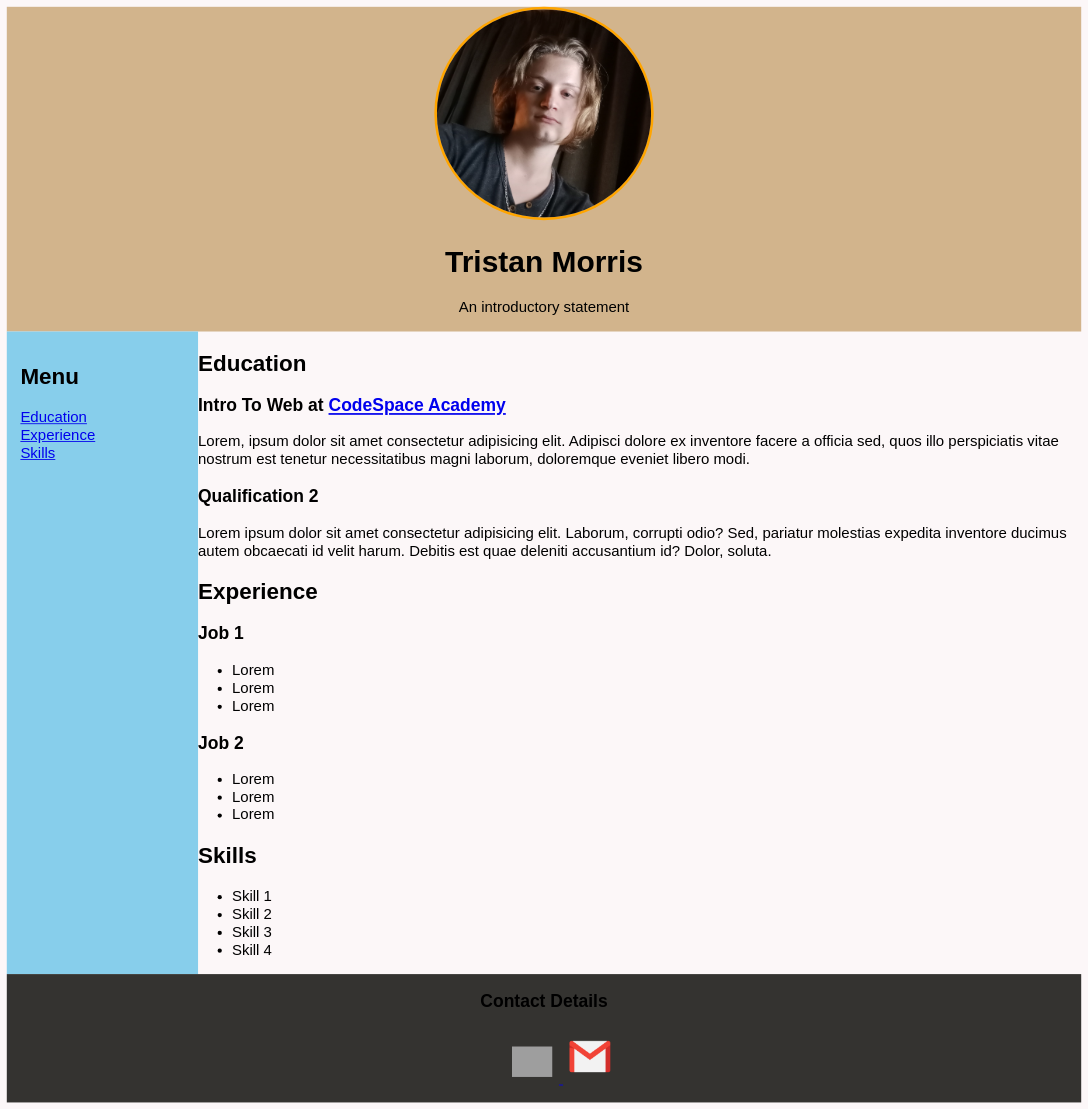
Repository: TristanKMorris/introToWebDesignAssignment
Page: resume1.html
The author's editor kept a copy of each file at every save. The page is drawn from the files as they stood at one save, then again after the next save.
The browser window is 1280 px wide. The pictures show the whole page, at 85% of full size.
Pictures or frames that could not be fetched are drawn as grey boxes.

Above is the page before, as saved 2022-06-02 20:04:40.

After the next save:
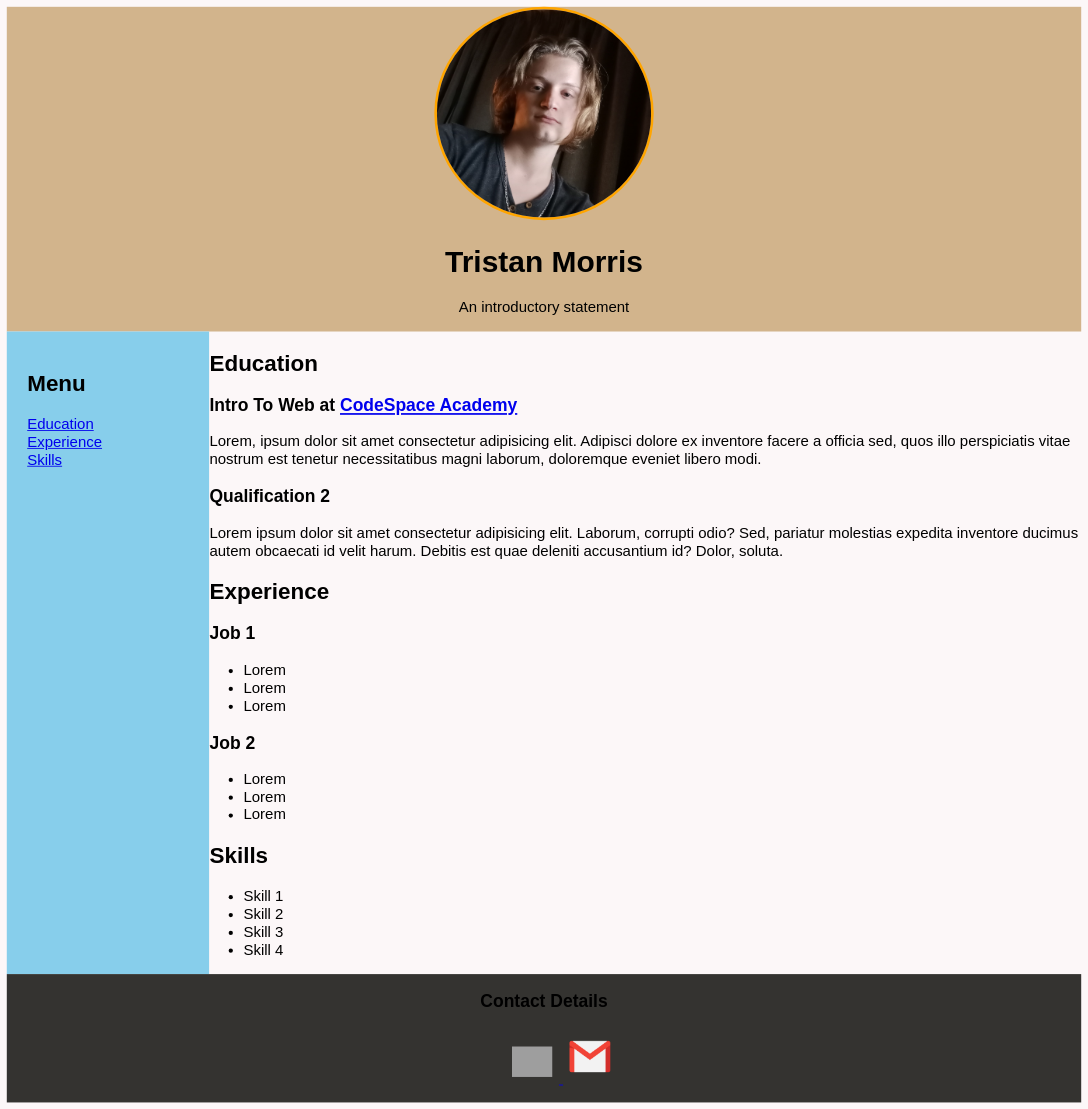
Saved 6 s later.
--- a/css/stylesheet.css
+++ b/css/stylesheet.css
@@ -36,7 +36,7 @@ footer {
 #sidebar{
   width: 25%;
   background-color: skyblue;
-  padding: 1rem;
+  padding: 1.5rem;
   color: black;
 }
 .navMenu{
